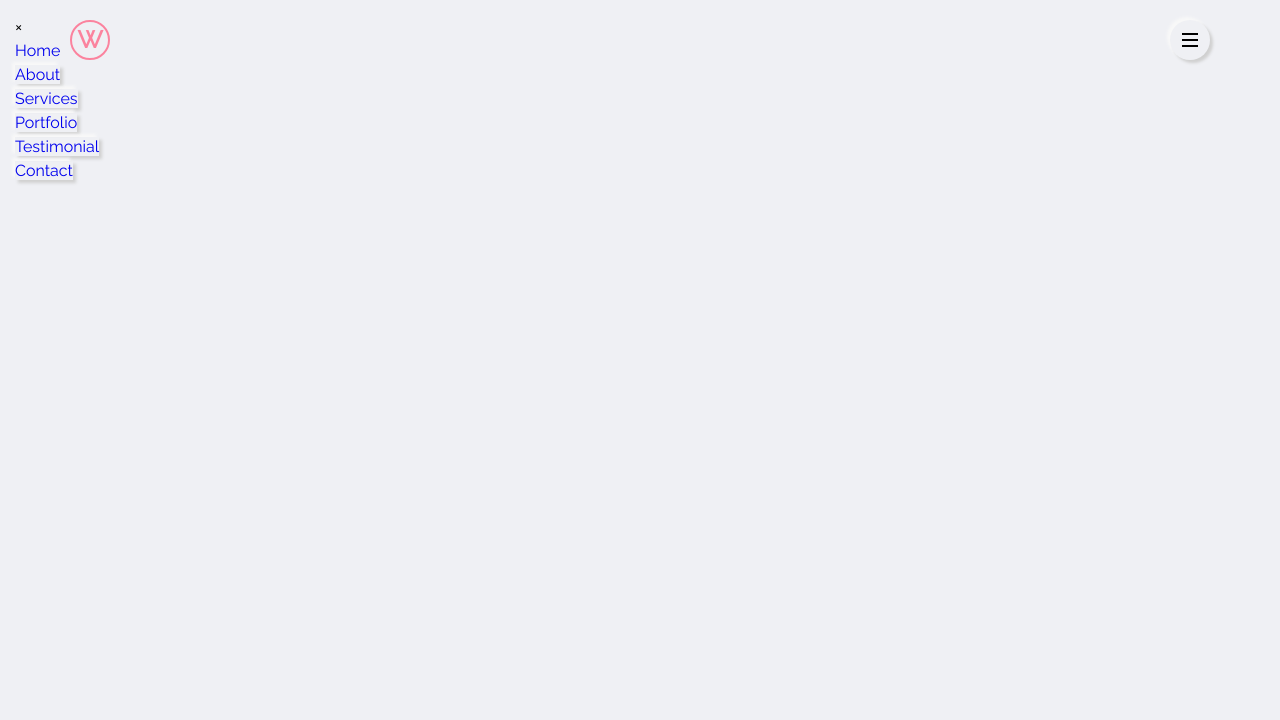
Repository: Mohamed-Hema/Personal-Portfolio---webshala
Page: index.html
An editor plug-in stored every save of this project. The page is shown before and after the next save, followed by the edit.
The browser window is 1280 px wide. The pictures show the whole page.

Above is the page before, as saved 2021-05-02 14:07:37.

### index.html
<!DOCTYPE html>
<html lang="zxx">
<head>
  <meta charset="utf-8">
  <title>Personal Portfolio Website</title>
  <meta name="viewport" content="width=device-width,initial-scale=1.0">
  <!-- font awesome -->
  <link rel="stylesheet" type="text/css" href="css/font-awesome.css">
  <!-- main css -->
  <link rel="stylesheet" type="text/css" href="css/style.css">
</head>
<body>
    <!-- Start Header -->
    <header class="header">
      <div class="container">
        <div class="row justify-content-between">
          <div class="logo">
            <a href="index.html">w</a>
          </div>
          <div class="hamburger-btn outer-shadow hover-in-shadow">
            <span></span>
          </div>
        </div>
      </div>
    </header>
    <!-- End Header -->
    <!-- Start NavBar -->
    <nav class="nav-menu">
      <div class="close-nav-menu">&times;</div>
      <div class="nav-menu-inner">
        <ul>
          <li><a href="#" class="inner-shadow active">Home</a></li>
          <li><a href="#" class="outer-shadow hover-in-shadow">About</a></li>
          <li><a href="#" class="outer-shadow hover-in-shadow">Services</a></li>
          <li><a href="#" class="outer-shadow hover-in-shadow">Portfolio</a></li>
          <li><a href="#" class="outer-shadow hover-in-shadow">Testimonial</a></li>
          <li><a href="#" class="outer-shadow hover-in-shadow">Contact</a></li>
        </ul>
      </div>
    </nav>

    <!-- End NavBar -->

<!-- main js -->
<script src="js/main.js"></script>
<!-- style switcher js -->
<script src="js/style-switcher.js"></script>
</body>
</html>

### css/style.css
/* Start Global Styles */
/* Fonts */
@import url('https://fonts.googleapis.com/css2?family=Raleway&display=swap');
@import url("skins/color-1.css");

/* Define Custom Css Variables */
:root{
    --bg-black-900: #000;
    --bg-black-100: #ddd;
    --bg-black-50:#eff0f4;
    --text-black-900:#000;
    --text-black-700: #555;
    --text-black-600: #666;
    --text-black-300: #bbb;
    --outer-shadow: 3px 3px 3px #d0d0d0, -3px -3px 3px #f8f8f8;
    --outer-shadow-0: 0 0 0 #d0d0d0, 0 0 0 #f8f8f8;
    --inner-shadow: inset 3px 3px 3px #d0d0d0, inset -3px -3px 3px #f8f8f8;
}

body{
    font-size: 16px;
    line-height: 1.5;
    overflow-x: hidden;
    background-color: var(--bg-black-50);
}
*:not(i){
    font-family: 'Raleway', sans-serif;
    font-weight: 400;
}
*,
*::before,
*::after{
    margin: 0;
    padding: 0;
    box-sizing: border-box;
    outline: none;
}
a{
    text-decoration: none;
}
ul{
    list-style: none;
    margin: 0;
    padding: 0;
}
img{
    vertical-align: middle;
    max-width: 100%;
}
.container{
    max-width: 1140px;
    margin: auto;
}
.row{
    display: flex;
    flex-wrap: wrap;
}

.justify-content-between{
    justify-content: space-between;
}
.outer-shadow{
    box-shadow: var(--outer-shadow);
}
.hover-in-shadow{
    position: relative;
    z-index: 1;
}
.hover-in-shadow:hover{
    box-shadow: var(--outer-shadow-0);
}
.hover-in-shadow::after{
    content: '';
    position: absolute;
    left: 0;
    top: 0;
    width: 100%;
    height: 100%;
    transition: all .3s ease;
}
.hover-in-shadow:hover::after{
    box-shadow: var(--inner-shadow);

}
/* End Global Styles */
/* Start Header */
.header{
    padding: 20px 15px;
    position: absolute;
    width: 100%;
    top: 0;
    left: 0;
    z-index: 99;
}
.header .logo a{
    display: inline-block;
    text-align: center;
    line-height: 36px;
    height: 40px;
    width: 40px;
    font-size: 24px;
    color: var(--skin-color);
    border-radius: 50%;
    border: 2px solid var(--skin-color);
    font-weight: 600;
    text-transform: uppercase;
}
.header .hamburger-btn{
    height: 40px;
    width: 40px;
    display: flex;
    align-items: center;
    cursor: pointer;
    border-radius: 50%;
    justify-content: center;
    transition: all .3s ease;
}
.header .hamburger-btn::after{
    border-radius: 50%;

}
.header .hamburger-btn span{
    display: block;
    height: 2px;
    width: 16px;
    background-color: var(--bg-black-900);
    position: relative;
}
.header .hamburger-btn span::before,
.header .hamburger-btn span::after{
    content: '';
    position: absolute;
    left: 0;
    width: 100%;
    height: 100%;
    background-color: var(--bg-black-900);
}
.header .hamburger-btn span::before{
    top: -6px;
}
.header .hamburger-btn span::after{
    top: 6px;
}


/* End Header */
/* Start NavBar */
.nav-menu{
    position: fixed;
    padding: 15px;
    left: 0;
    top: 0;
    width: 100%;
    height: 100%;
}


/* End NavBar */

Loaded but not shown: css/font-awesome.css (library); css/skins/color-1.css (common file); js/main.js (no stored copy; drawn as an empty file); js/style-switcher.js (no stored copy; drawn as an empty file)

After the next save:
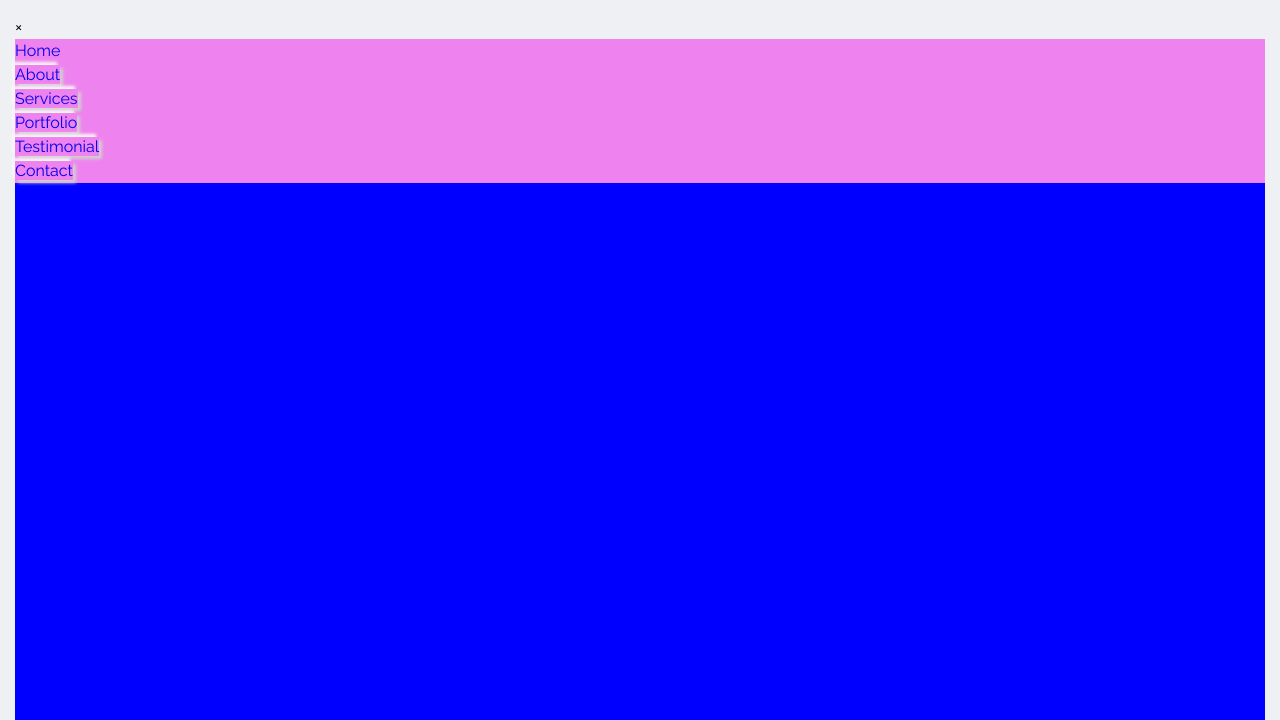
Saved 111 s later.
--- a/css/style.css
+++ b/css/style.css
@@ -152,7 +152,17 @@ img{
     top: 0;
     width: 100%;
     height: 100%;
+    z-index: 999;
+    background-color: var(--bg-black-50);
+}
+.nav-menu-inner{
+    background-color: blue;
+    min-height: 100vh;
+}
+.nav-menu ul {
+    background-color: violet;
 }
 
 
+
 /* End NavBar */
